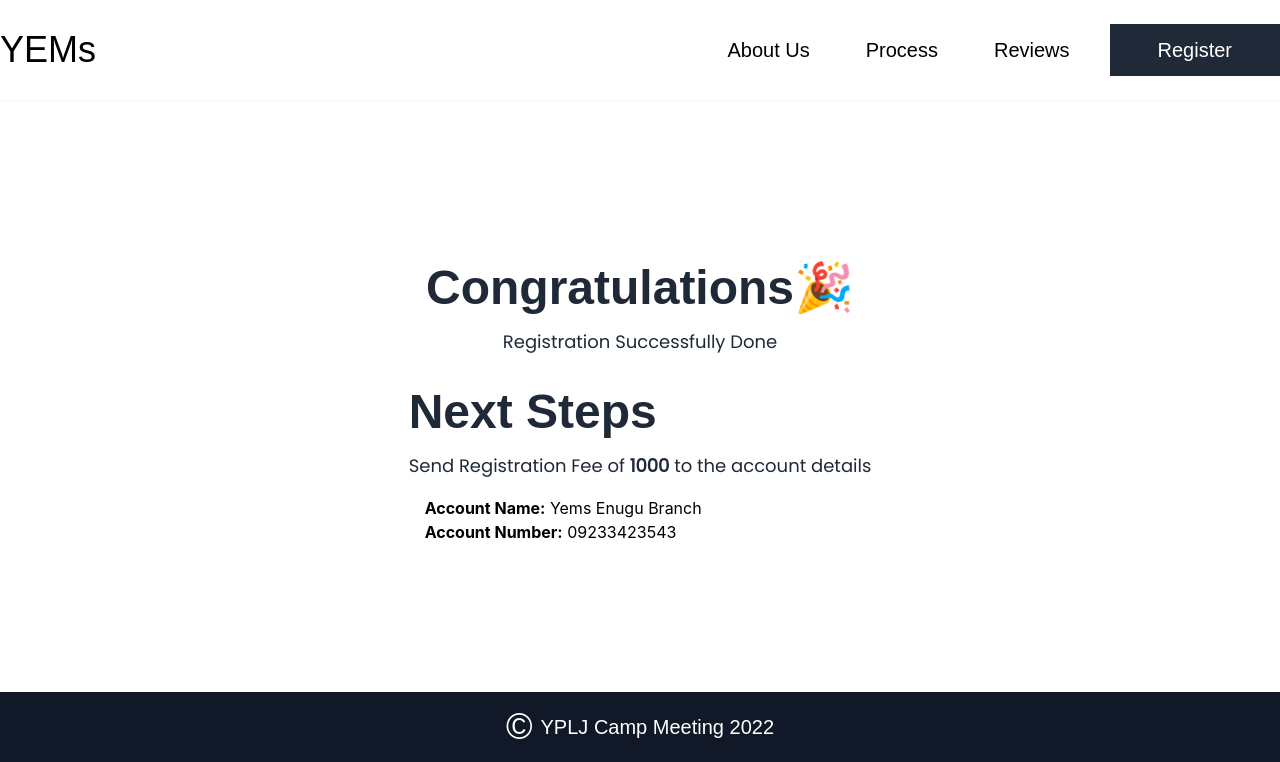
Repository: Ifenna-Pascal/user-camp-onboarding
Page: /dashboard
These files come from the project's save history. The page is drawn as it stood at one moment and after the next save; the edit follows.
The browser window is 1280 px wide. The pictures show the whole page.
Some web fonts or font styles are not loaded; a fallback is used. The project was rebuilt for these pictures with package versions that can differ from the ones it lists, and the page was loaded fresh each time. The framework's server and built-in components were replaced by stand-ins that run in the browser. Also part of the build but not shown: next.config.js.

Above is the page before, as saved 2022-11-27 08:15:30.

After the next save:
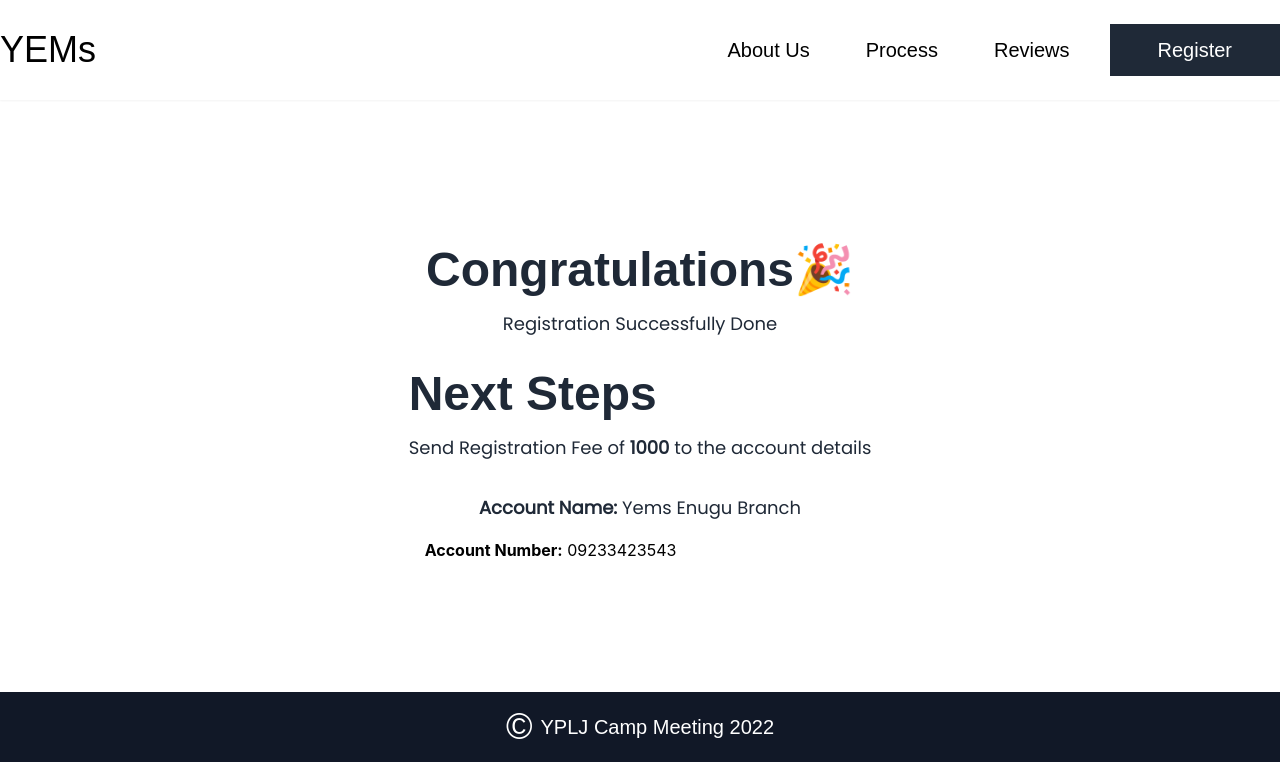
Saved 12 s later.
--- a/pages/dashboard.jsx
+++ b/pages/dashboard.jsx
@@ -17,7 +17,7 @@ function Dashboard() {
           Send Registration Fee of <strong>1000</strong> to the account details
         </p>
         <div className="px-4">
-          <p>
+          <p className="block text-base  lg:text-lg text-center font-poppins text-gray-800 leading-[30px] py-2 lg:py-4">
             <b>Account Name:</b> Yems Enugu Branch
           </p>
           <p>
